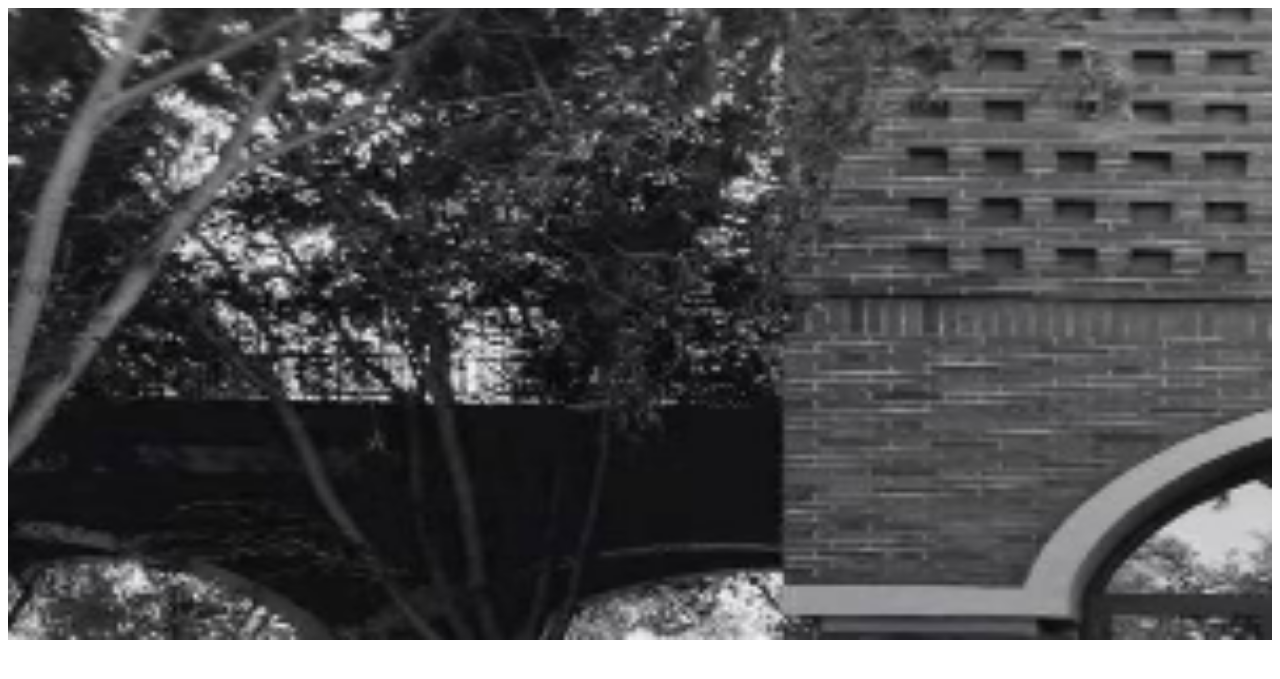
Repository: nishuiwei/nishuiwei.github.io
Page: demo_01.html
An editor plug-in stored every save of this project. The page is shown before and after the next save, followed by the edit.
The browser window is 1280 px wide. The pictures show the whole page.

Above is the page before, as saved 2019-12-19 09:56:05.

After the next save:
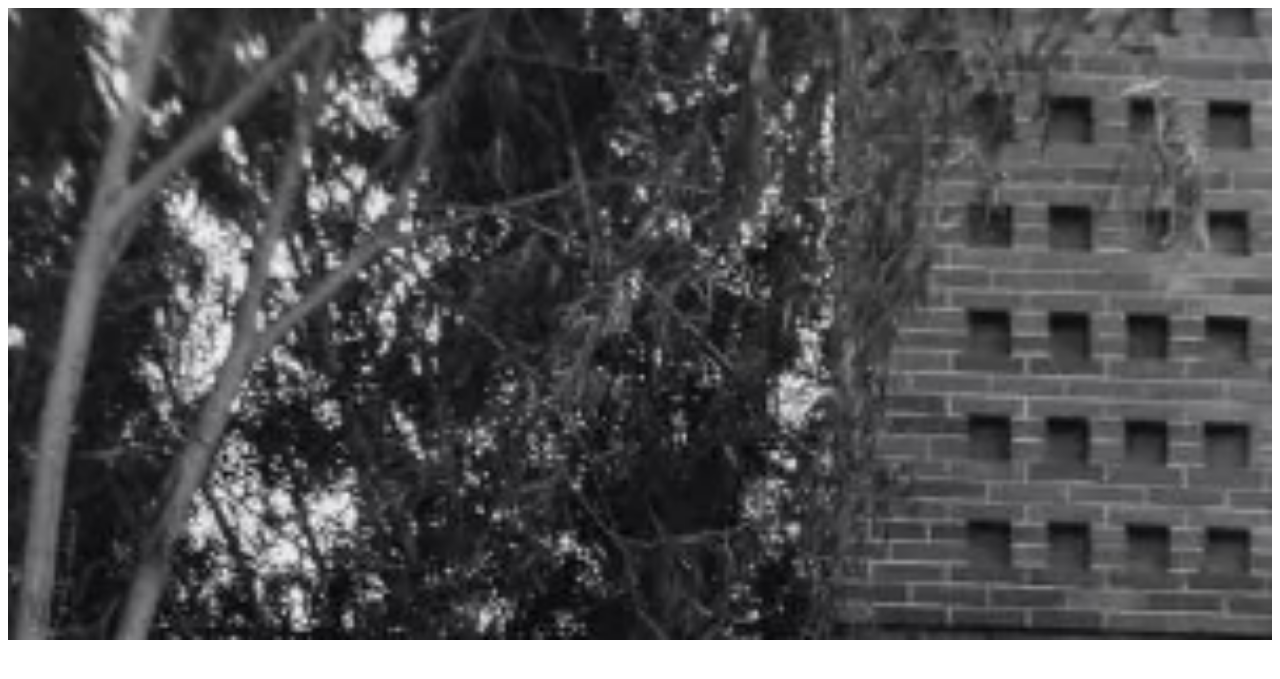
Saved 33 s later.
--- a/demo_01.js
+++ b/demo_01.js
@@ -3,6 +3,6 @@ const ctx = canvas.getContext('2d');
 
 var img = new Image();
 img.onload = function() {
-  ctx.drawImage(img, 0, 0, 600, 400)
+  ctx.drawImage(img, 0, 0, 640, 860)
 }
 img.src = './bg1.jpg';
